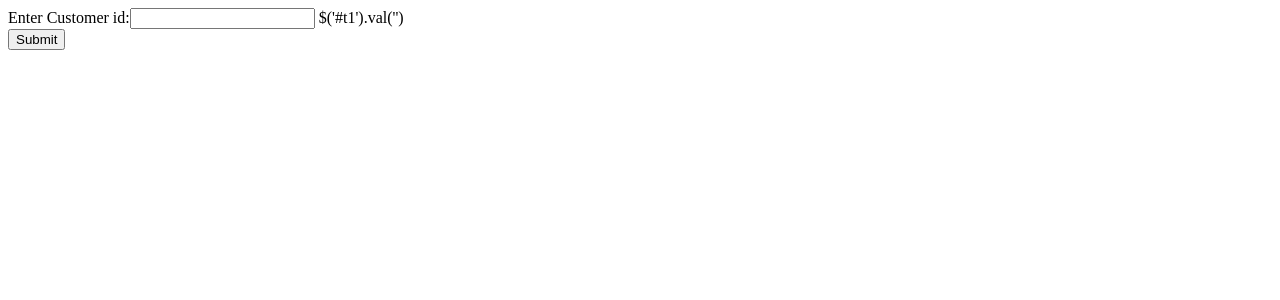
Repository: ApoorvaVeluri/JavaProject
Page: html/userinterface/WebContent/Index.html
An editor plug-in stored every save of this project. The page is shown before and after the next save, followed by the edit.
The browser window is 1280 px wide. The pictures show the whole page.

Above is the page before, as saved 2015-08-21 07:36:08.

### html/userinterface/WebContent/Index.html
<!DOCTYPE html>
<html>
<head>
<meta charset="ISO-8859-1">
<title>Insert title here</title>


<script>
var request;
function sendInfo()
{
var v=document.vinform.t1.value;
var url="ProjIndex?val="+v;
 //alert("Var value is"+v);
if(window.XMLHttpRequest){
request=new XMLHttpRequest();
}
else if(window.ActiveXObject){
request=new ActiveXObject("Microsoft.XMLHTTP");
}

try{
request.onreadystatechange=getInfo;
request.open("GET",url,true);
request.send();
}catch(e){alert("Unable to connect to server");}
}

function getInfo(){
if(request.readyState==4){
var val=request.responseText;
document.getElementById('amit').innerHTML=val;
}
}
 function dispValue(){
	 document.vinform.t1.value = ""
 }
</script>
</head>
<body>

<form name="vinform">
Enter Customer id:<input type="text" name="t1" >
$('#t1').val('')  <br>
<input type="button"  onClick="sendInfo()" value="Submit">

</form>

<span id="amit"> </span>

  </body>

</html>

After the next save:
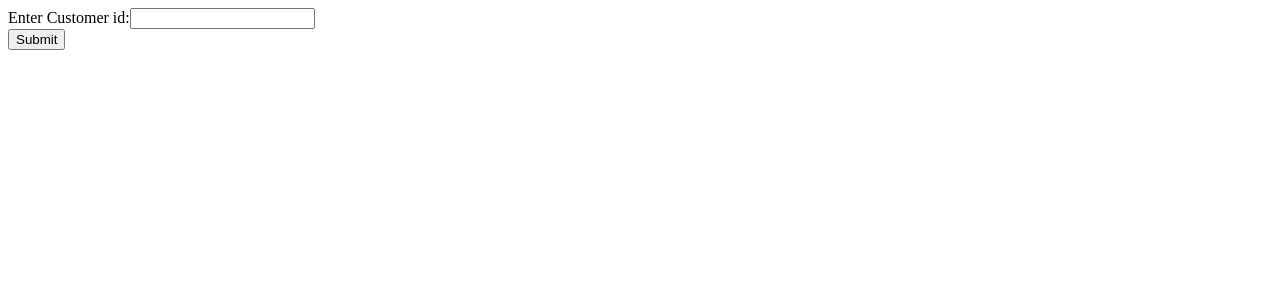
Saved 2 min 21 s later.
--- a/html/userinterface/WebContent/Index.html
+++ b/html/userinterface/WebContent/Index.html
@@ -37,11 +37,13 @@ document.getElementById('amit').innerHTML=val;
  }
 </script>
 </head>
-<body>
+<body onload="form1.reset();">
 
-<form name="vinform">
+<form name="vinform" id="form1">
+
 Enter Customer id:<input type="text" name="t1" >
-$('#t1').val('')  <br>
+<!-- //$('#t1').val('')  -->
+ <br>
 <input type="button"  onClick="sendInfo()" value="Submit">
 
 </form>
